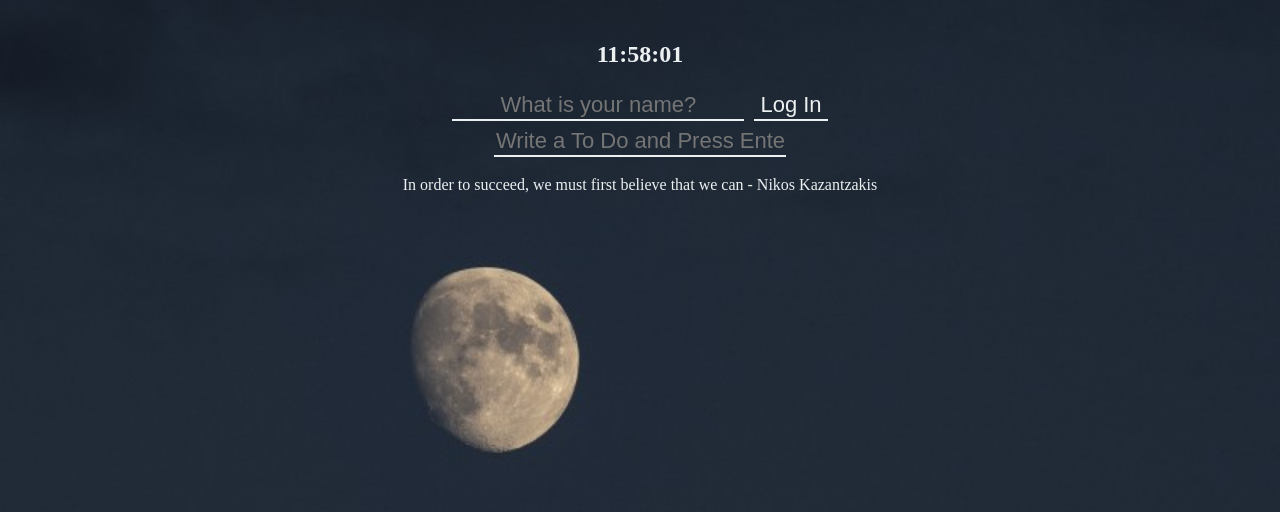
Repository: MIJI-H/chrome
Page: index.html
These files come from the project's save history. The page is drawn as it stood at one moment and after the next save; the edit follows.
The browser window is 1280 px wide. The pictures show the whole page.

Above is the page before, as saved 2024-01-27 12:34:05.

### index.html
<!DOCTYPE html>
<html lang="en">
  <head>
    <meta charset="UTF-8" />
    <meta name="viewport" content="width=device-width, initial-scale=1.0" />
    <link rel="stylesheet" href="css/style.css" />
    <title>WELCOME</title>
  </head>
  <body>
    <h2 id="clock">00:00:00</h2>
    <form class="hidden" id="login-form">
      <input
        required
        maxlength="15"
        type="text"
        placeholder="What is your name?"
      />
      <input type="submit" value="Log In" />
    </form>
    <h1 class="hidden" id="greeting"></h1>
    <form id="todo-form">
      <input type="text" placeholder="Write a To Do and Press Enter" required />
    </form>
    <ul id="todo-list"></ul>
    <div id="quote">
      <span></span>
      <span></span>
    </div>
    <div id="weather">
      <span></span>
      <span></span>
    </div>
    <script src="js/greetings.js"></script>
    <script src="js/clock.js"></script>
    <script src="js/quotes.js"></script>
    <script src="js/background.js"></script>
    <script src="js/todo.js"></script>
    <script src="js/weather.js"></script>
  </body>
</html>

### css/style.css
.hidden {
    display: none;
}

body{
    background-color: #2d3436;
    text-align: center;
    color: #ecf0f1;
    padding: 1%;
}

h1{
    font-size: 112px;
    margin-top:13%;
    margin-bottom: 0px;
}

h5{
    font-weight: 100;
    font-size: 22px;
    margin-bottom: 10px;
}

input {
    border: none;
    background: transparent;
    font-size: 22px;
    margin: 3px;
    text-align:center;
    color: #ecf0f1;
    border-bottom: 2px solid #ecf0f1;
}

ul {
    margin-left: 40%;
}

li{
    list-style: none;
    font-size: 20px;
    text-align:left;
    color: #ecf0f1;
}
li:before{
    content:'😊';
    display: inline;
    vertical-align: left;
    padding: 5px;
}

button{
    border: none;
    background: transparent;
    font-size: 22px;
}



.form,
.greetings {
    font-weight: 100;
    font-size: 22px;
    /* margin-bottom: 10px; */
}

.showing{
    display: block;
    transition: color .5s ease-in-out;
    font-size: 34px;
    margin-top: 0px;
}

.bgImg{
    position: absolute;
    top:0;
    left: 0;
    width:100%;
    height: 100%;
    z-index: -1;
    animation: fadeIn 0.5s linear;
}

.js-temp{
    font-weight: 500;
    font-size: 22px;
    padding-left: 95%;
}

.js-place{
    font-weight: 300;
    font-size: 12px;
    padding-left: 95%;
}

@keyframes fadeIn{
    from {
        opacity: 0;
    }
    to{
        opacity : 1;
    }
}

### js/greetings.js
const loginForm = document.querySelector("#login-form");
const loginInput = document.querySelector("#login-form input");
const greeting = document.querySelector("#greeting");

const HIDDEN_CLASSNAME = "hidden";
const USERNAME_KEY = "username";

function onLoginSubmit(event) {
  event.preventDefault();
  loginForm.classList.add(HIDDEN_CLASSNAME);
  const username = loginInput.value;
  localStorage.setItem(USERNAME_KEY, username);
  paintGreetings(username);
}

function paintGreetings(username) {
  greeting.innerText = `Hello ${username}`;
  greeting.classList.remove(HIDDEN_CLASSNAME);
}

const savedUsername = localStorage.getItem(USERNAME_KEY);

if (savedUsername === null) {
  loginForm.classList.remove(HIDDEN_CLASSNAME);
  loginForm.addEventListener("submit", onLoginSubmit);
} else {
  paintGreetings(savedUsername);
}

### js/clock.js
const clock = document.querySelector("h2#clock");

function getClock() {
  const date = new Date();
  const hours = String(date.getHours()).padStart(2, "0");
  const minutes = String(date.getMinutes()).padStart(2, "0");
  const seconds = String(date.getSeconds()).padStart(2, "0");
  clock.innerText = `${hours}:${minutes}:${seconds}`;
}

getClock();
setInterval(getClock, 1000);

### js/quotes.js
const quotes = [
    {
      quote: "The road to success and the road to failure are almost exactly the same",
      author: " - Colin R. Davis",
    },
    {
      quote: "It is better to fail in originality than to succeed in imitation",
      author: " - Herman Melville",
    },
    {
      quote:
        "Success is walking from failure to failure with no loss of enthusiasm",
      author: " - Winston Churchill",
    },
    {
      quote: "All progress takes place outside the comfort zone",
      author: " - Michael John Bobak",
    },
    {
      quote: "Success usually comes to those who are too busy to be looking for it",
      author: " - Walt Disney",
    },
    {
      quote: "The way to get started is to quit talking and begin doing",
      author: "- Albert Einstein",
    },
    {
      quote: "You only live once, but if you do it right, once is enough",
      author: "- Mae West",
    },
    {
      quote: "Success is not the key to happiness. Happiness is the key to success. If you love what you are doing, you will be successful",
      author: " - Albert Schweitzer",
    },
    {
      quote: "Success seems to be connected with action. Successful people keep moving",
      author: " - Conrad Hilton",
    },
    {
      quote: "In order to succeed, we must first believe that we can",
      author: " - Nikos Kazantzakis",
    },
  ];

  const quote = document.querySelector("#quote span:first-child");
  const author = document.querySelector("#quote span:last-child");
  const todaysQuote = quotes[Math.floor(Math.random() * quotes.length)];

  quote.innerText = todaysQuote.quote;
  author.innerText = todaysQuote.author;

### js/background.js
const images = ["01.jpg", "03.jpg","08.jpg", "09.jpg", "10.jpg"];


const body = document.querySelector("body");

// 이미지 갯수
const IMG_NUMBER=images.length;

// 랜덤 숫자 생성
function genRandom(){
    return Math.ceil(Math.random()* IMG_NUMBER);
}

// 랜덤 이미지 출력
function paintImage(imgNumber) {
    const img = new Image();
    img.src = `img/${imgNumber}.jpg`;
    img.classList.add("bgImg");
    body.prepend(img);
}

// 랜덤 수 생성해서, 랜덤 이미지 출력하기
function init() {
    const randomNumber = genRandom();
    paintImage(randomNumber);
}

init();

### js/todo.js
const toDoForm = document.getElementById("todo-form");
const toDoInput = document.querySelector("#todo-form input");
const toDoList = document.getElementById("todo-list");

const TODOS_KEY = "todos";

let toDos = [];

function saveToDos() {
  localStorage.setItem(TODOS_KEY, JSON.stringify(toDos));
}

function deleteToDo(event) {
  const li = event.target.parentElement;
  li.remove();
  toDos = toDos.filter((toDo) => toDo.id !== parseInt(li.id));
  saveToDos();
}

function paintToDo(newTodo) {
  const li = document.createElement("li");
  li.id = newTodo.id;
  const span = document.createElement("span");
  span.innerText = newTodo.text;
  const button = document.createElement("button");
  button.innerText = "❌";
  button.addEventListener("click", deleteToDo);
  li.appendChild(span);
  li.appendChild(button);
  toDoList.appendChild(li);
}

function handleToDoSubmit(event) {
  event.preventDefault();
  const newTodo = toDoInput.value;
  toDoInput.value = "";
  const newTodoObj = {
    text: newTodo,
    id: Date.now(),
  };
  toDos.push(newTodoObj);
  paintToDo(newTodoObj);
  saveToDos();
}

toDoForm.addEventListener("submit", handleToDoSubmit);

const savedToDos = localStorage.getItem(TODOS_KEY);

if (savedToDos !== null) {
  const parsedToDos = JSON.parse(savedToDos);
  toDos = parsedToDos;
  parsedToDos.forEach(paintToDo);
}

### js/weather.js
const API_KEY = "7145e4362d11e747634b0b6754ead97e";

function onGeoOK(position) {
  const lat = position.coords.latitude;
  const lon = position.coords.longitude;
  const url = `https://api.openweathermap.org/data/2.5/weather?lat=${lat}&lon=${lon}&appid=${API_KEY}&units=metric`;
  fetch(url)
    .then((response) => response.json())
    .then((data) => {
      const weather = document.querySelector("#weather span:first-child");
      const city = document.querySelector("#weather span:last-child");
      city.innerText = data.name;
      weather.innerText = `${data.weather[0].main} / ${data.main.temp}°C`;
    });
}
function onGeoError() {
  alert("Cannot find your location. No weather for you.");
}

navigator.geolocation.getCurrentPosition(onGeoOK, onGeoError);

After the next save:
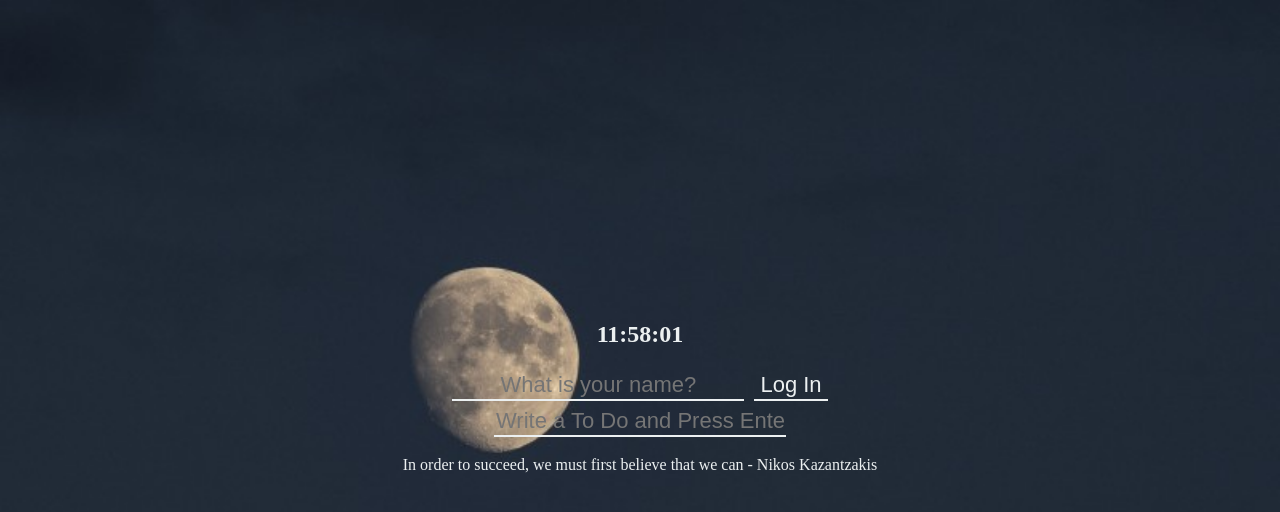
Saved 9 min 20 s later.
--- a/css/style.css
+++ b/css/style.css
@@ -54,7 +54,9 @@
     font-size: 22px;
 }
 
-
+#clock {
+    margin-top: 300px;
+}
 
 .form,
 .greetings {

After the save that followed:
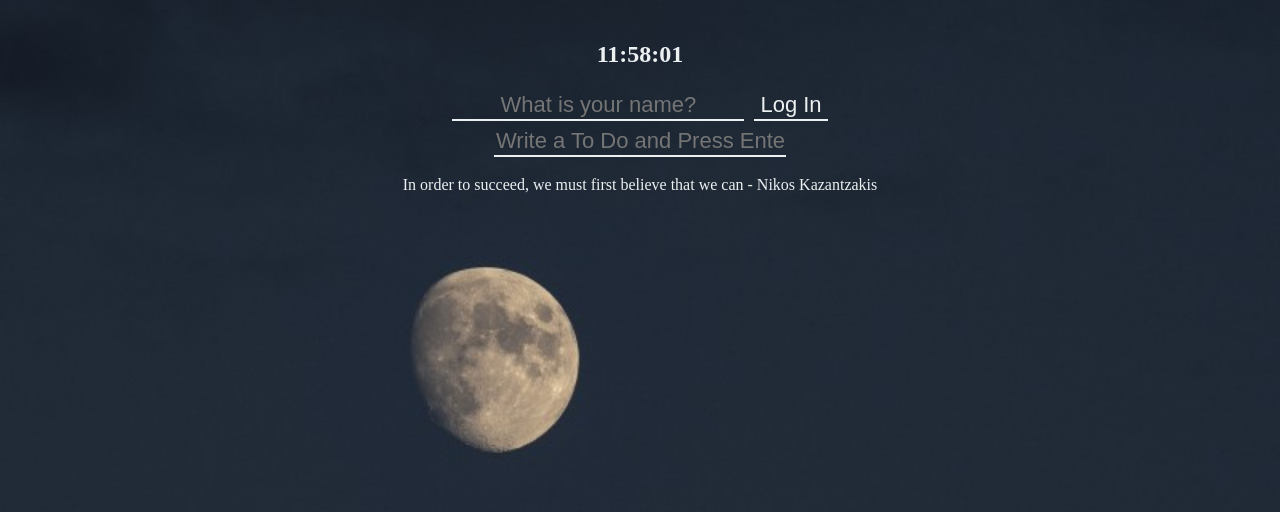
Saved 103 s later.
--- a/css/style.css
+++ b/css/style.css
@@ -55,7 +55,7 @@
 }
 
 #clock {
-    margin-top: 300px;
+    font-weight: 600px;
 }
 
 .form,
